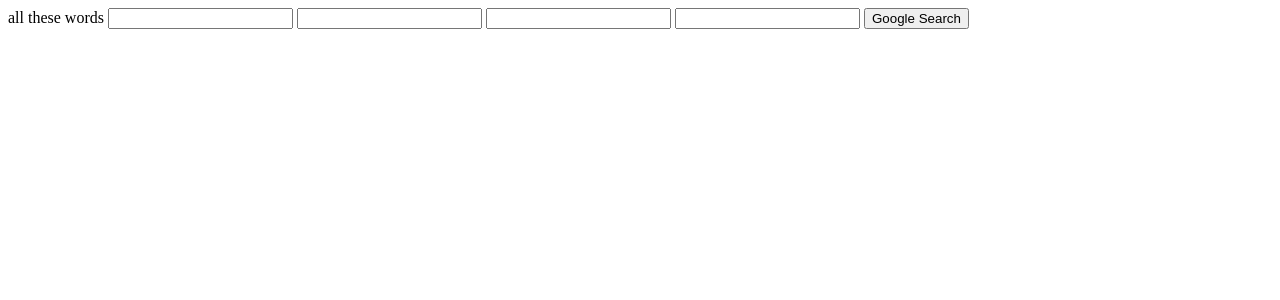
Repository: etentuk/search
Page: advanced_search.html
The author's editor kept a copy of each file at every save. The page is drawn from the files as they stood at one save, then again after the next save.
The browser window is 1280 px wide. The pictures show the whole page.

Above is the page before, as saved 2021-11-03 22:40:02.

### advanced_search.html
<!DOCTYPE html>
<html lang="en">
    <head>
        <title>Search</title>
    </head>
    <body>
        <form action="https://images.google.com/images">
            <label>all these words </label>
            <input type="text" name="as_q">
            <input type="text" name="as_epq">
            <input type="text" name="as_oq">
            <input type="text" name="as_eq">
            <input type="submit" value="Google Search">
        </form>
    </body>
</html>

After the next save:
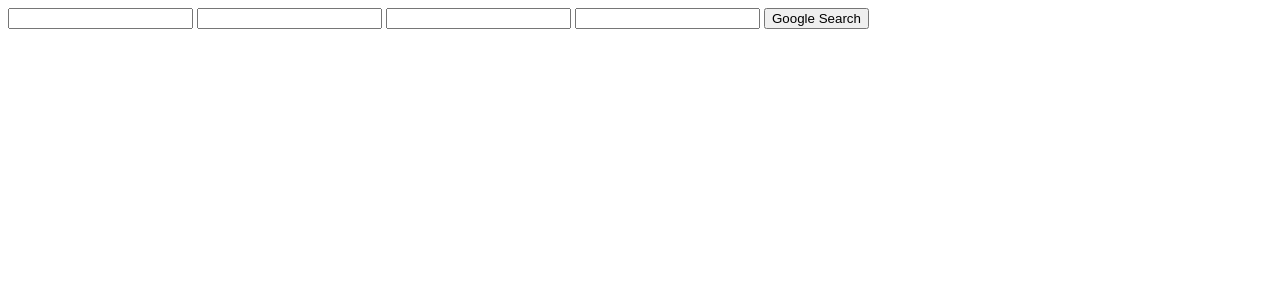
Saved 116 s later.
--- a/advanced_search.html
+++ b/advanced_search.html
@@ -5,7 +5,7 @@
     </head>
     <body>
         <form action="https://images.google.com/images">
-            <label>all these words </label>
+            <!-- <label>all these words </label> -->
             <input type="text" name="as_q">
             <input type="text" name="as_epq">
             <input type="text" name="as_oq">
